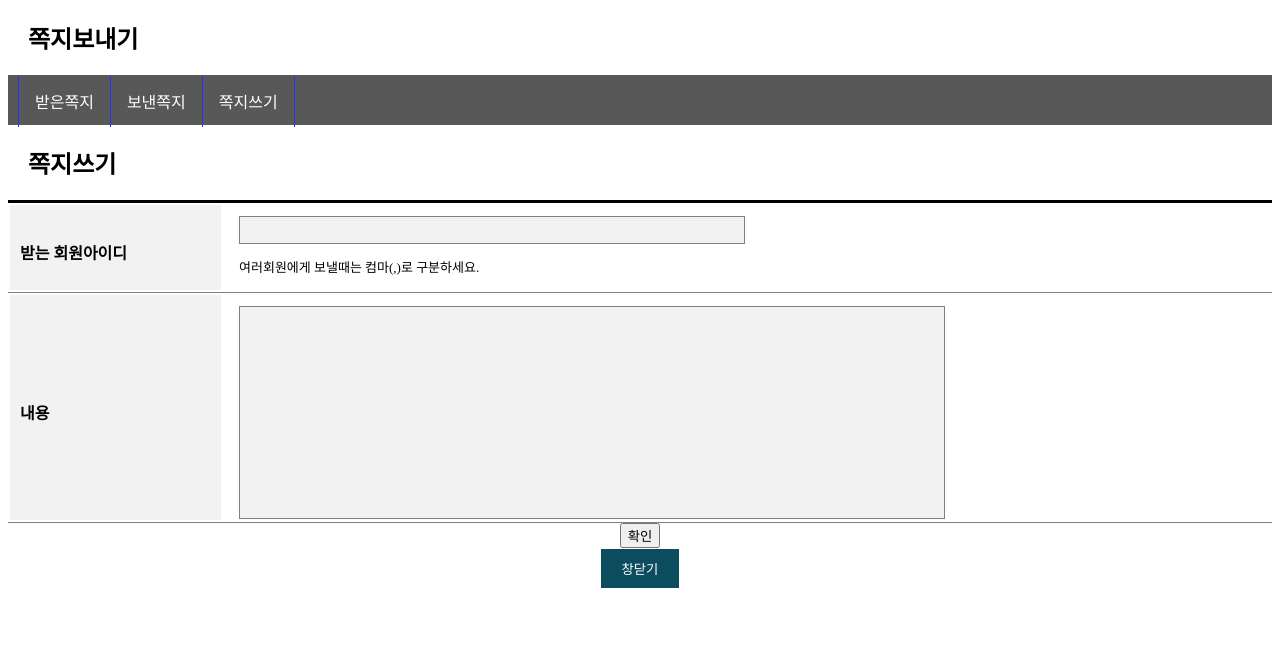
Repository: ks12b0000/JSP-School-Class
Page: chap10_JSP/src/main/webapp/Test/sendMessage.html
An editor plug-in stored every save of this project. The page is shown before and after the next save, followed by the edit.
The browser window is 1280 px wide. The pictures show the whole page.

Above is the page before, as saved 2022-06-04 11:51:46.

### chap10_JSP/src/main/webapp/Test/sendMessage.html
<!DOCTYPE html>
<html>
<head>
	<meta charset="UTF-8">
	<meta name="viewport" content="width=device-width, initial-scale=1.0">
	<title>쪽지쓰기</title>
	<link rel="stylesheet" href="loginWrite.css" />
</head>
<body>
	<h2>쪽지보내기</h2>
	<div class="menu1">
		<ul>
			<li><a href="#" id="a1">받은쪽지</a></li>
			<li><a href="#">보낸쪽지</a></li>
			<li><a href="#">쪽지쓰기</a></li>
		</ul>
	</div>
	<h2>쪽지쓰기</h2>
	<table class="Profile3">
		<tr>
			<th id="id12"><strong>받는 회원아이디</strong></th>
			<td><input type="text" /><br/><p>여러회원에게 보낼때는 컴마(,)로 구분하세요.</p></td>
		</tr>
	</table>
	<table class="Profile4">
		<tr>
			<th id="id13"><strong>내용</strong></th>
			<td><input type="text" /></td>
		</tr>
	</table>
	<div class="button2">
		<a href="#"><input id="Confirm" type="button" value="확인" /></a><br/>
		<a href="messageBox.html"><input id="close2" type="button" value="창닫기" /></a><br/>
	</div>
</body>
</html>

### chap10_JSP/src/main/webapp/Test/loginWrite.css
@charset "UTF-8";
	body h2 {
		margin-left: 20px;
	}
	.login1 {
		width: 500px;
		border: 1px solid gray;
		margin: 40px;
		padding: 40px;

	}
	.login1 #id {
		width: 400px;

		padding: 4px;
	}
	.login1 #id input {

		margin-left: 30px;
	}
	.login1 #pw {

		padding: 4px;
	}
	.login1 #pw input {

		margin-left: 52px;
	}
	.login1 #login_Bt {
		text-align: right;
		margin-top: -50px;
		margin-right: 120px;
	}
	.login1 #login_Bt input {
		margin-left: 5px;
		padding: 12px;
		border: 1px solid white;
		background-color: #A5DF00;
		color: white;
	}
	.login1 #login_Ck {
		margin-top: 10px;
	}
	.login2 {
		border: 1px solid gray;
		font-size: 13px;
		background-color: #F2F2F2;
		width: 500px;
		margin: 40px;
		padding: 40px;
		margin-top: -50px;

	}
	.login2 h3 {
		margin-top: -20px;
		margin-left: -30px;
	}
	.login2 p {
		margin-top: -20px;
		margin-left: -30px;
	}
	.login2 form {
		margin-top: 10px;
		margin-left: 250px;

	}
	.login2 #idpw_bt {
		border: 1px solid white;
		background-color: #A5DF00;
		color: white;
	}
	.login2 #signup {
		border: 1px solid #BFFF00;
		background-color: white;
		color: #80FF00;
	}
	body #mainback {
		margin-left: 220px;
		text-decoration: none;
		color: black;
	}
	body #em2 {
		border-top: 1px solid gray;
		margin-left: 20px;
		padding-top: 15px;
	}
	#email1 {
		margin-left: 20px;
		font-size: 19px;
	}
	#email1 input {
		width: 500px;
		height: 30px;
	}
	.button {
		margin-top: 40px;
		margin-left: 250px;
	}
	.button #Confirm {
		margin-left: 5px;
		padding: 12px;
		width: 150px;
		border: 1px solid white;
		background-color: #A5DF00;
		color: white;
	}
	.button #close {
		margin-left: 5px;
		padding: 12px;
		width: 100px;
		border: 1px solid white;
		background-color: #0B3B39;
		color: white;
	}
	body #tm2 {
		color: red;
		text-align: center;
	}
	body #tm3,#tm5 {
		text-align: center;
	}
	body #tm4,#tm6 {
		border: 1px solid black;
		width: 1300px;
		height: 300px;
		background-color: #D8D8D8;
		margin-left: 10px;
	}
	#terms_Ck,#terms_Ck2 {
		text-align: right;
	}
	#signup3 {
		text-align: center;
	}
	#signup3 input {
		margin-left: 5px;
		padding: 12px;
		border: 1px solid white;
		background-color: #A5DF00;
		color: white;
	}
	.button3 {
		text-align: right;
		margin-top: -50px;
		margin-right: 10px;
	}
	.button3 #notebox {
		border: 1px solid #BFFF00;
		background-color: white;
		color: #80FF00;
		padding: 6px;
	}
	.button3 #Revise {
		border: 1px solid #BFFF00;
		background-color: white;
		color: #80FF00;
		padding: 6px;
	}
	.button3 #secession {
		border: 1px solid white;
		background-color: #A5DF00;
		color: white;
		padding: 6px;
	}
	.Profile111 {
		border: 1px solid gray;
		border-collapse: collapse;
		margin-top: 15px;
		width: 100%;
		height: 150px;
		background-color: #FAFAFA;
	}
	.Profile111 #Profile112 {
		border-bottom: 1px solid gray;
	}
	.Profile2 {
		border-top: 3px solid black;
		width: 100%;
		background-color: #F2F2F2;
		height: 50px;
		border-bottom: 1px solid gray;
		margin-top: 20px;
	}
	#hh3 {
		margin-left: 10px;
	}
	.Contents {
		text-align: center;
		margin-top: 100px;
		border-bottom: 1px solid gray;
		height: 100px;
	}
	.menu1 ul {
		background-color: #585858;
		height: 50px;
		margin: 0;
		padding: 0;
		list-style: none;

	}
	.menu1 li {
		float: left;
		border-right: 1px solid #2E2EFE;
	}
	.menu1 li a {
		padding-left: 10px;
		color: white;
		text-decoration: none;
		display: block;
		text-align: center;
		padding: 14px 16px;
	}
	.menu1 #a1 {
		border-left: 1px solid #2E2EFE;
		margin-left: 10px;
	}
	.guide {
		text-align: left;
	}
	.button2 {
		text-align: center;
	}
	.button2 #close2 {
		text-align: center;
		padding: 10px;
		width: 80px;
		border: 1px solid white;
		background-color: #0B4C5F;
		color: white;
	}
	.Profile3 {
		border-top: 3px solid black;
		width: 100%;
		height: 50px;
		margin-top: 20px;
	}
	.Profile3 #id12 {
		margin-top: 20px;
		padding-left:10px;
		padding-top: 10px;
		text-align: left;
		width: 200px;
		background-color: #F2F2F2;
		height: 60px;
	}
	.Profile3 input {
		background-color: #F2F2F2;
		margin-left: 15px;
		margin-top: 10px;
		padding-top: 10px;
		border: 1px solid gray;
		width: 500px;
		text-align: left;
	}
	.Profile3 p {
		font-size: 13px;
		margin-left: 15px;

	}
	.Profile4 {
		border-top: 1px solid gray;
		border-bottom: 1px solid gray;
		width: 100%;
		height: 50px;
	}
	.Profile4 #id13 {
		margin-top: 20px;
		padding-left:10px;
		padding-top: 10px;
		text-align: left;
		width: 200px;
		background-color: #F2F2F2;
		height: 200px;
	}
	.Profile4 input {
		background-color: #F2F2F2;
		margin-left: 15px;
		margin-top: 10px;
		padding-top: 10px;
		border: 1px solid gray;
		width: 700px;
		height: 200px;
		text-align: left;
	}

After the next save:
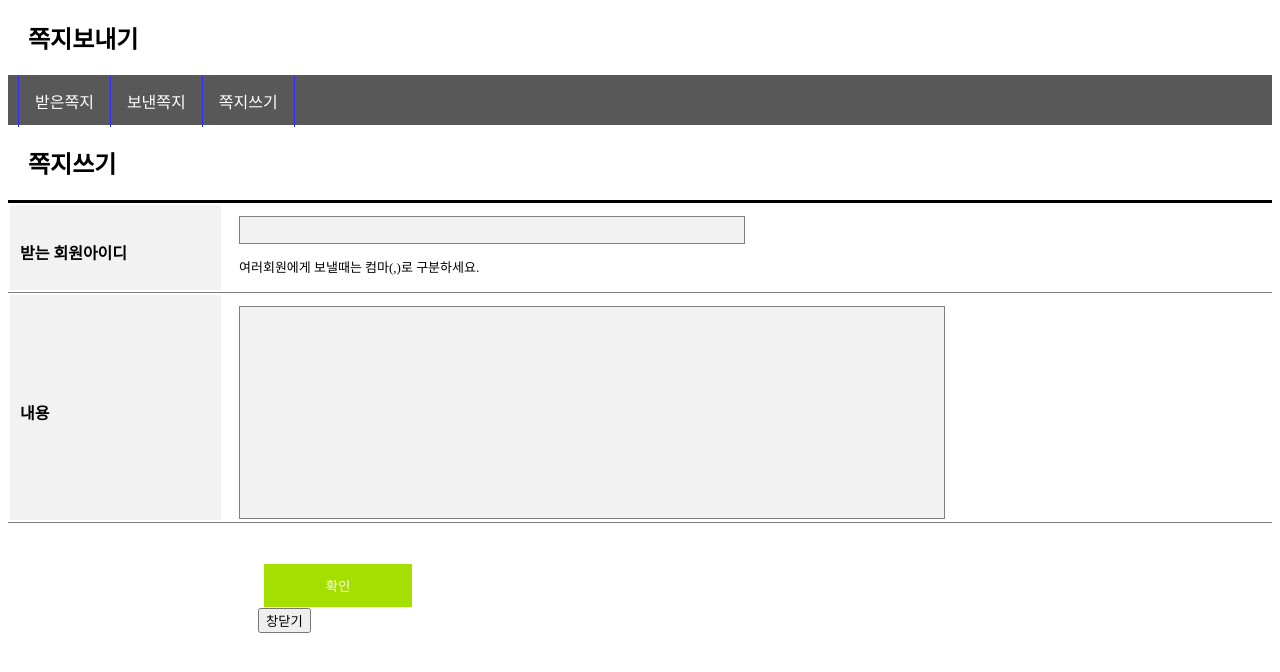
Saved 67 s later.
--- a/chap10_JSP/src/main/webapp/Test/sendMessage.html
+++ b/chap10_JSP/src/main/webapp/Test/sendMessage.html
@@ -28,7 +28,7 @@
 			<td><input type="text" /></td>
 		</tr>
 	</table>
-	<div class="button2">
+	<div class="button">
 		<a href="#"><input id="Confirm" type="button" value="확인" /></a><br/>
 		<a href="messageBox.html"><input id="close2" type="button" value="창닫기" /></a><br/>
 	</div>
